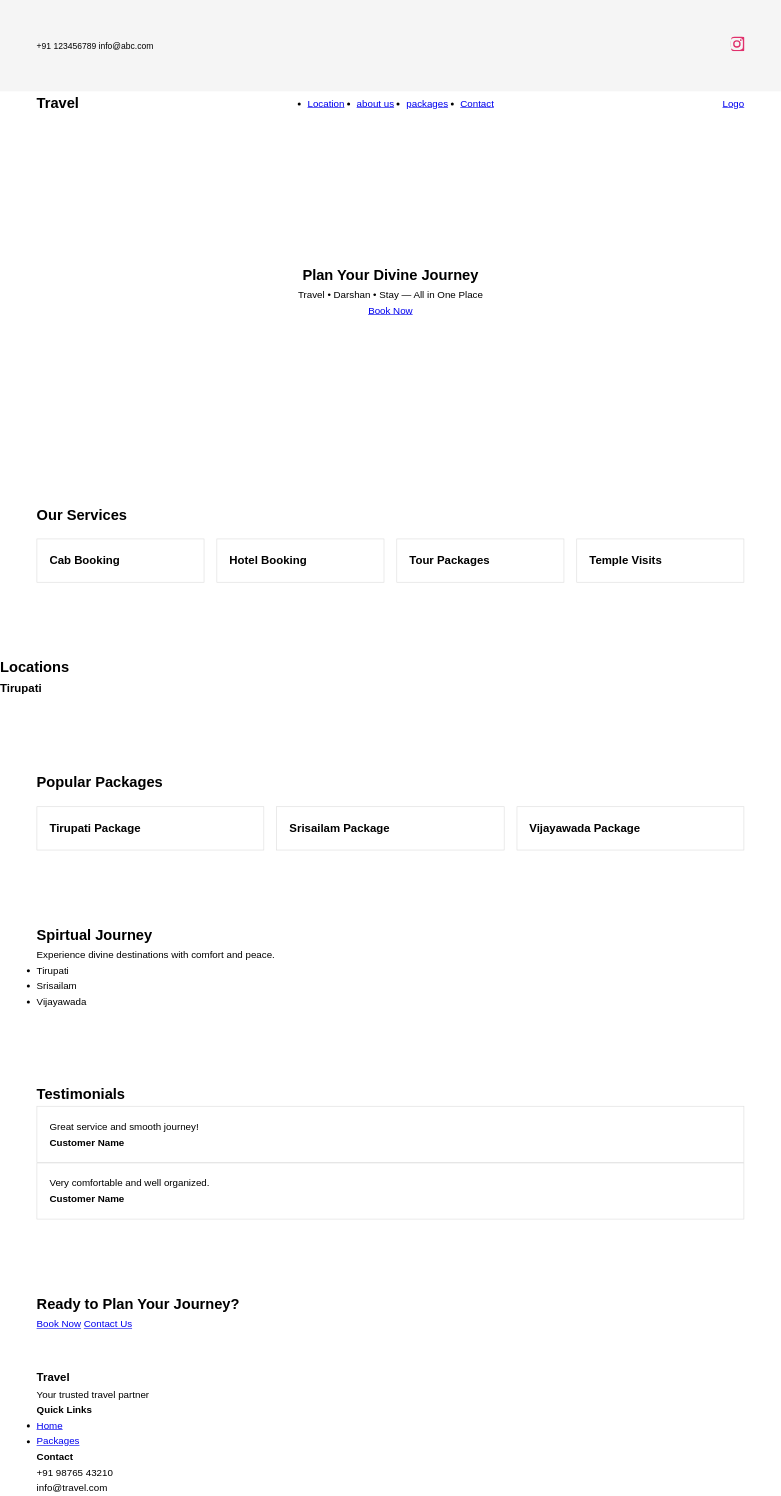
Repository: heytirupati/Bookingweb
Page: index.html
The author's editor kept a copy of each file at every save. The page is drawn from the files as they stood at one save, then again after a run of saves.
The browser window is 1280 px wide. The pictures show the whole page, at 61% of full size.

Above is the page before, as saved 2026-03-27 11:48:44.

### index.html
<!DOCTYPE html>

<html lang="en">


    <link rel="stylesheet" href="css/style.css">
<head>
    <meta charset="UTF-8">
    <meta name="viewport" content="width=device-width, initial-scale=1.0">
    <title> Travel Website</title>
</head>
<body>


<!-- this is top bar section  -->
    <section class="top-bar">
        <div class="container">
            <div class="top-left">
                <span> +91 123456789</span>
                <span>info@abc.com</span>
            </div>
            <div class="top-right"></div>
            <a href="instalink here" target="blank">
                <svg xmlns="http://www.w3.org/2000/svg" width="24" height="24" fill="#E1306C" viewBox="0 0 24 24">
                    <path d="M12 2.163c3.204 0 3.584.012 4.849.07 1.366.062 2.633.34 3.608 1.316.975.975 1.254 2.242 1.316 3.608.058 1.265.069 1.645.069 4.849s-.012 3.584-.07 4.849c-.062 1.366-.34 2.633-1.316 3.608-.975.975-2.242 1.254-3.608 1.316-1.265.058-1.645.069-4.849.069s-3.584-.012-4.849-.07c-1.366-.062-2.633-.34-3.608-1.316-.975-.975-1.254-2.242-1.316-3.608C2.175 15.584 2.163 15.204 2.163 12s.012-3.584.07-4.849c.062-1.366.34-2.633 1.316-3.608C4.524 2.573 5.791 2.294 7.157 2.232 8.422 2.175 8.802 2.163 12 2.163zm0-2.163C8.741 0 8.332.013 7.052.072 5.78.131 4.658.414 3.732 1.34 2.806 2.266 2.523 3.388 2.464 4.66 2.405 5.941 2.392 6.35 2.392 12c0 5.65.013 6.059.072 7.34.059 1.272.342 2.394 1.268 3.32.926.926 2.048 1.209 3.32 1.268 1.281.059 1.69.072 7.34.072s6.059-.013 7.34-.072c1.272-.059 2.394-.342 3.32-1.268.926-.926 1.209-2.048 1.268-3.32.059-1.281.072-1.69.072-7.34s-.013-6.059-.072-7.34c-.059-1.272-.342-2.394-1.268-3.32-.926-.926-2.048-1.209-3.32-1.268C18.059.013 17.65 0 12 0z"/>
                    <path d="M12 5.838a6.162 6.162 0 1 0 0 12.324 6.162 6.162 0 0 0 0-12.324zm0 10.162a3.999 3.999 0 1 1 0-7.998 3.999 3.999 0 0 1 0 7.998z"/>
                    <circle cx="18.406" cy="5.594" r="1.44"/>

                </svg>
            </a>

        </div>

    </section>



    <!-- this is nav section  -->

    <header class="navbar">
        <div class="container">
            <div class="logo">
                <h2>Travel</h2>
            </div>

            <nav class="nav-menu">
                <ul>
                    <li><a href="#">Location</a></li>
                    <li><a href="#">about us</a></li>
                    <li><a href="#">packages</a></li>
                    <li><a href="#">Contact</a></li>

                </ul>

            </nav>
            <div class="top-left">
                <a href="#">Logo</a>

            </div>

        </div>

    </header>

    <section class="hero">
        <div class="container">
            <h1>Plan Your Divine Journey</h1>
            <p>Travel • Darshan • Stay — All in One Place</p>
            <div class="nav-btn">
                <a href="#">Book Now</a>
            </div>
        </div>
    </section>

    <section>
        <div class="services">
            <div class="container">
                <h2>Our Services</h2>
                <div class="service-cards">
                     <div class="card">
                    <h3>Cab Booking</h3>
                </div>

                <div class="card">
                    <h3>Hotel Booking</h3>
                </div>

                <div class="card">
                    <h3>Tour Packages</h3>
                </div>

                <div class="card">
                    <h3>Temple Visits</h3>
                </div>

            </div>

        </div>
    </section>


<!-- this is Location section  -->

<section class="locations">
    <h2>Locations</h2>
            <div class="location-card">
                <h3>Tirupati</h3>
            </div>
    </div>
</section>


<!-- this is popular package section  -->
<section class="packages">
        <div class="container">
            <h2>Popular Packages</h2>
            <div class="package-cards">

                <div class="card">
                    <h3>Tirupati Package</h3>
                </div>

                <div class="card">
                    <h3>Srisailam Package</h3>
                </div>

                <div class="card">
                    <h3>Vijayawada Package</h3>
                </div>

            </div>
        </div>
    </section>
<!-- this is Spirtual Journey section  -->
    <section class="spiritual">
        <div class="container">
            <div class="spiritual-content">
                <h2>Spirtual Journey</h2>
                <p>
                    Experience divine destinations with comfort and peace.
                </p>
                <ul>
                    <li>Tirupati</li>
                    <li>Srisailam</li>
                    <li>Vijayawada</li>
                </ul>

            </div>
            <div class="spiritual-image">
                <!-- Image goes here -->
            </div>
        </div>

    </section>
<!-- 8. Testimonials -->
    <section class="testimonials">
        <div class="container">
            <h2>Testimonials</h2>
            <div class="testimonial-cards">

                <div class="card">
                    <p>Great service and smooth journey!</p>
                    <h4>Customer Name</h4>
                </div>

                <div class="card">
                    <p>Very comfortable and well organized.</p>
                    <h4>Customer Name</h4>
                </div>

            </div>
        </div>
    </section>

    <!-- 9. CTA Section -->
    <section class="cta">
        <div class="container">
            <h2>Ready to Plan Your Journey?</h2>
            <a href="#">Book Now</a>
            <a href="#">Contact Us</a>
        </div>
    </section>

    <!-- 10. Footer -->
    <footer class="footer">
        <div class="container">

            <div class="footer-col">
                <h3>Travel</h3>
                <p>Your trusted travel partner</p>
            </div>

            <div class="footer-col">
                <h4>Quick Links</h4>
                <ul>
                    <li><a href="#">Home</a></li>
                    <li><a href="#">Packages</a></li>
                </ul>
            </div>

            <div class="footer-col">
                <h4>Contact</h4>
                <p>+91 98765 43210</p>
                <p>info@travel.com</p>
            </div>

        </div>
    </footer>











</body>
</html>

### css/style.css
* {
    margin: 0;
    padding: 0;
    box-sizing:border-box ;

}

body{
    font-family: Arial,sans-serif;
    line-height: 1.6;
}

.container{
    max-width: 1200px;
    margin: auto;
    padding: 0 20px;
}

section{
    padding: 60px 0;
}

.flex{
    display: flex;
    justify-content: space-between;
    align-items: center;
}

.top-bar{
    background-color : #f5f5f5 ;
    font-size: 14px;
}

.top-bar .container{
    display: flex;
    justify-content: space-between;
    align-items: center;
}

.navbar{
    background-color: #fff;

}

.navbar .container{
    display: flex;
    justify-content: space-between;
    align-items: center;
}
.nav-menu ul{
    display: flex;
    justify-content: space-between;
    gap: 20px;
}

.hero{
    height: 80vh;
    display: flex;
    align-items: center;
    text-align: center;
}

.service-cards,
.package-cards,
.testimonal-cards{
    display: flex;
    gap: 20px;
    margin-top: 20px;
}

.card{
    flex:1;
    padding: 20px;
    border: 1px solid #ddd;
}

.spiritual .container{
    display: flex;
    gap: 40p;
    align-items: center;



}.spiritual-content{
    flex: 1;

}
.spiritual-image{
    flex: 1;
}

.cta

After the next 5 saves:
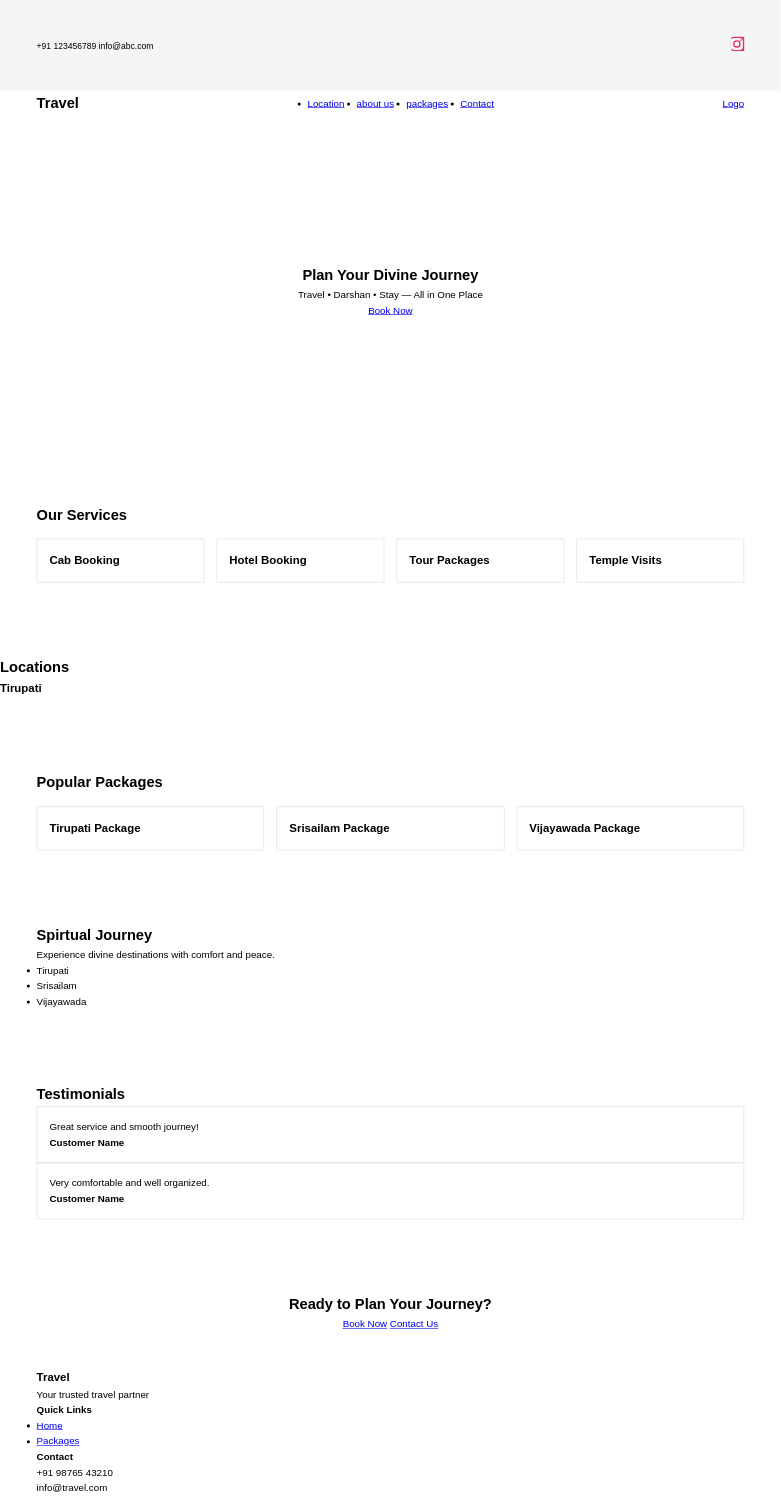
The 5 saves are shown as one change because they came seconds apart.
The last was saved 13 s later.
--- a/css/style.css
+++ b/css/style.css
@@ -89,4 +89,6 @@ section{
     flex: 1;
 }
 
-.cta
+.cta{
+    text-align: center;
+}
